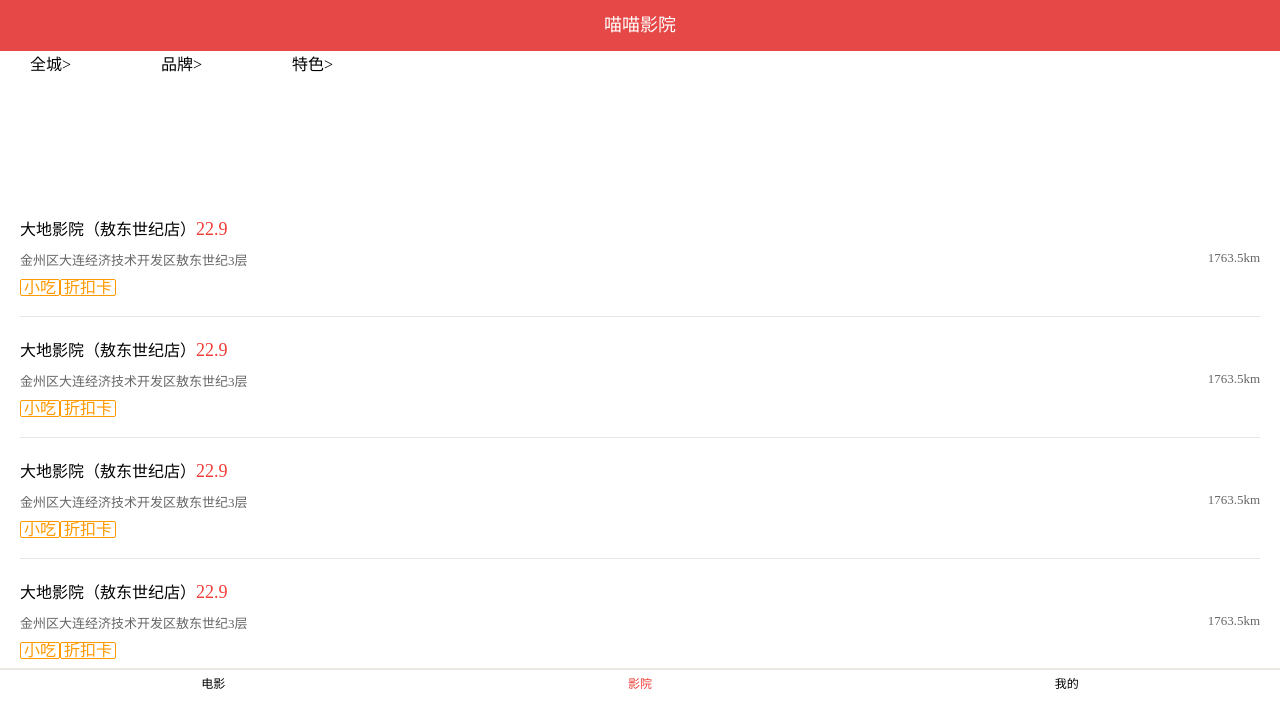
Repository: X-J-0/miaomiao_film
Page: /cinema (app in miaomiao/)
The author's editor kept a copy of each file at every save. The page is drawn from the files as they stood at one save, then again after the next save.
The browser window is 1280 px wide. The pictures show the whole page.
The project was rebuilt for these pictures with package versions that can differ from the ones it lists, and the page was loaded fresh each time. Also part of the build but not shown: miaomiao/src/components/Allocate/index.vue. Imported but missing from the stored project, and not drawn on this page: miaomiao/src/components/Brand, miaomiao/src/components/Special.

Above is the page before, as saved 2020-03-24 19:43:11.

After the next save:
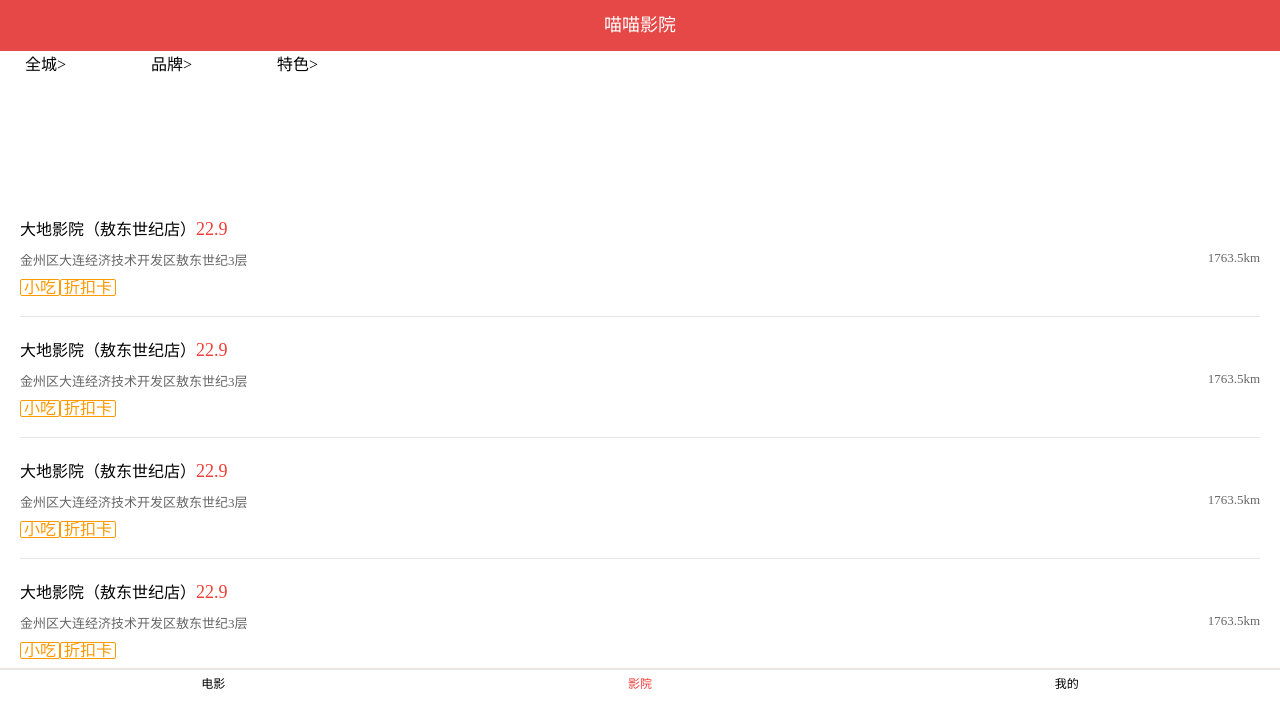
Saved 6 s later.
--- a/miaomiao/src/views/Cinema/index.vue
+++ b/miaomiao/src/views/Cinema/index.vue
@@ -41,7 +41,7 @@ export default {
 
 <style scoped>
 .cinema_menu li{
-  margin-left:30px;
+  margin-left:25px;
   margin-right:60px;
   float:left;
 }
